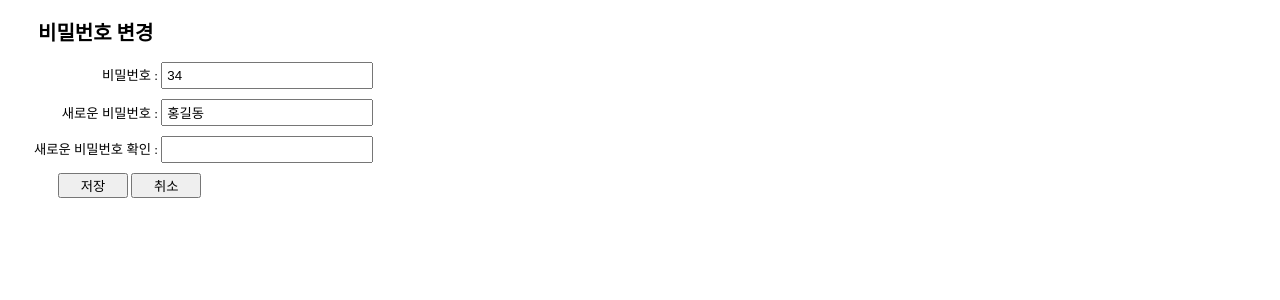
Repository: 5anniversary/JSPhw
Page: html1/WebContent/02practice/pwchange.html
The author's editor kept a copy of each file at every save. The page is drawn from the files as they stood at one save, then again after the next save.
The browser window is 1280 px wide. The pictures show the whole page.

Above is the page before, as saved 2020-04-11 10:00:37.

After the next save:
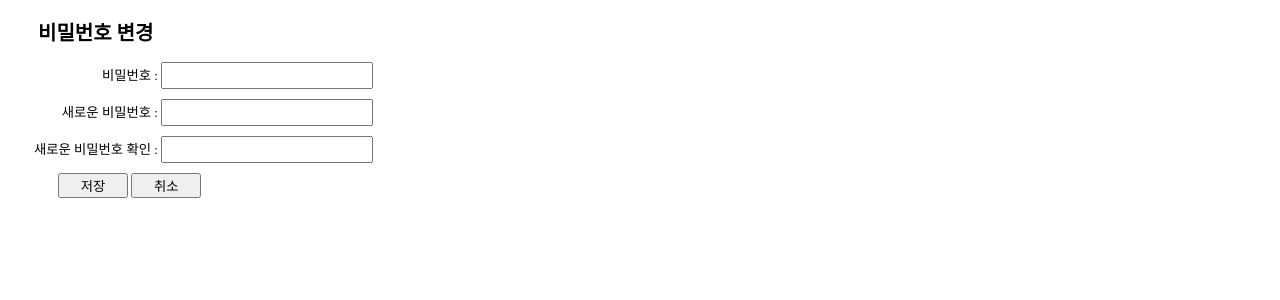
Saved 64 s later.
--- a/html1/WebContent/02practice/pwchange.html
+++ b/html1/WebContent/02practice/pwchange.html
@@ -8,7 +8,7 @@ h2 { margin-left: 30px; }
 div { margin-bottom: 10px; }
 label:first-child {	display: inline-block; width: 150px; text-align: right; }
 label:not(:first-child ) { display: inline-block; margin-right: 20px; }
-input[type=text], select {padding: 4px;width: 200px;}
+input[type=password], select {padding: 4px;width: 200px;}
 input[type=submit] {margin-left: 50px;width: 70px;}
 input[type=reset] {	width: 70px; }
 </style>
@@ -17,13 +17,13 @@ input[type=reset] {	width: 70px; }
 	<form method="post">
 		<h2>비밀번호 변경</h2>
 		<div>
-			<label>비밀번호 :</label> <input type="text" name="no" value="34" />
+			<label>비밀번호 :</label> <input type="password" name="pw" />
 		</div>
 		<div>
-			<label>새로운 비밀번호 :</label> <input type="text" name="username" value="홍길동" />
+			<label>새로운 비밀번호 :</label> <input type="password" name="newpw" />
 		</div>
 		<div>
-			<label>새로운 비밀번호 확인 :</label> <input type="text" name="email" />
+			<label>새로운 비밀번호 확인 :</label> <input type="password" name="pw" />
 		</div>
 		<div>
 			<input type="submit" value="저장" /> <input type="reset" value="취소" />
